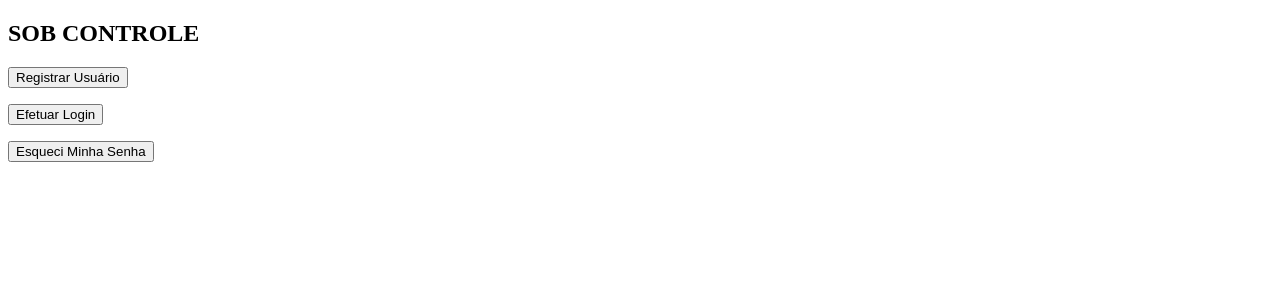
Repository: Glaydson/SobControle
Page: projeto/SobControle/WebContent/registrarUsuario.html
An editor plug-in stored every save of this project. The page is shown before and after the next save, followed by the edit.
The browser window is 1280 px wide. The pictures show the whole page.

Above is the page before, as saved 2014-09-08 19:09:27.

### projeto/SobControle/WebContent/registrarUsuario.html
<!DOCTYPE html>
<html>
<head>
<meta charset="ISO-8859-1">
<title>SISTEMA SOB CONTROLE</title>
</head>
<body>
	<H2>SOB CONTROLE</H2>
	<form name="formPrincipal">
		<button type="submit" formaction="registrarUsuario.html">Registrar
			Usuário</button><P>
		<button type="submit" formaction="efetuarLogin.html">Efetuar Login</button><P>
		<button type="submit" formaction="esqueciSenha.html">Esqueci Minha
			Senha</button>
	</form>
</body>
</html>

After the next save:
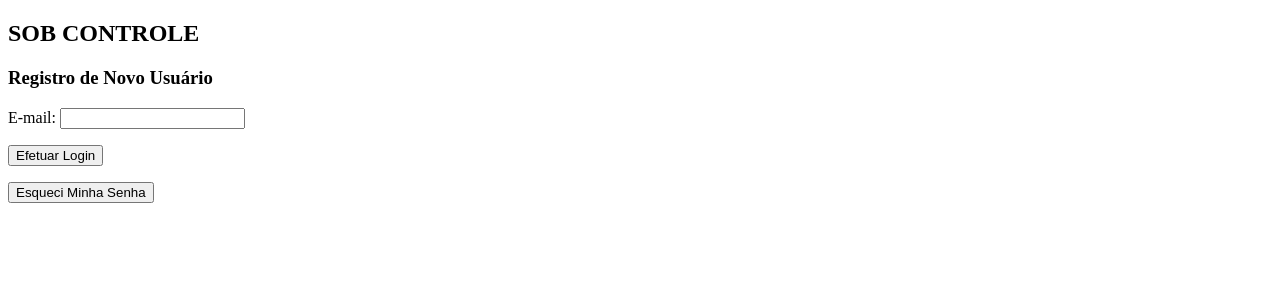
Saved 2 min 1 s later.
--- a/projeto/SobControle/WebContent/registrarUsuario.html
+++ b/projeto/SobControle/WebContent/registrarUsuario.html
@@ -6,9 +6,10 @@
 </head>
 <body>
 	<H2>SOB CONTROLE</H2>
+	<h3>Registro de Novo Usuário</h3>
 	<form name="formPrincipal">
-		<button type="submit" formaction="registrarUsuario.html">Registrar
-			Usuário</button><P>
+		<label for="email">E-mail:</label>
+		<input type="email" name="email"/><P>
 		<button type="submit" formaction="efetuarLogin.html">Efetuar Login</button><P>
 		<button type="submit" formaction="esqueciSenha.html">Esqueci Minha
 			Senha</button>
